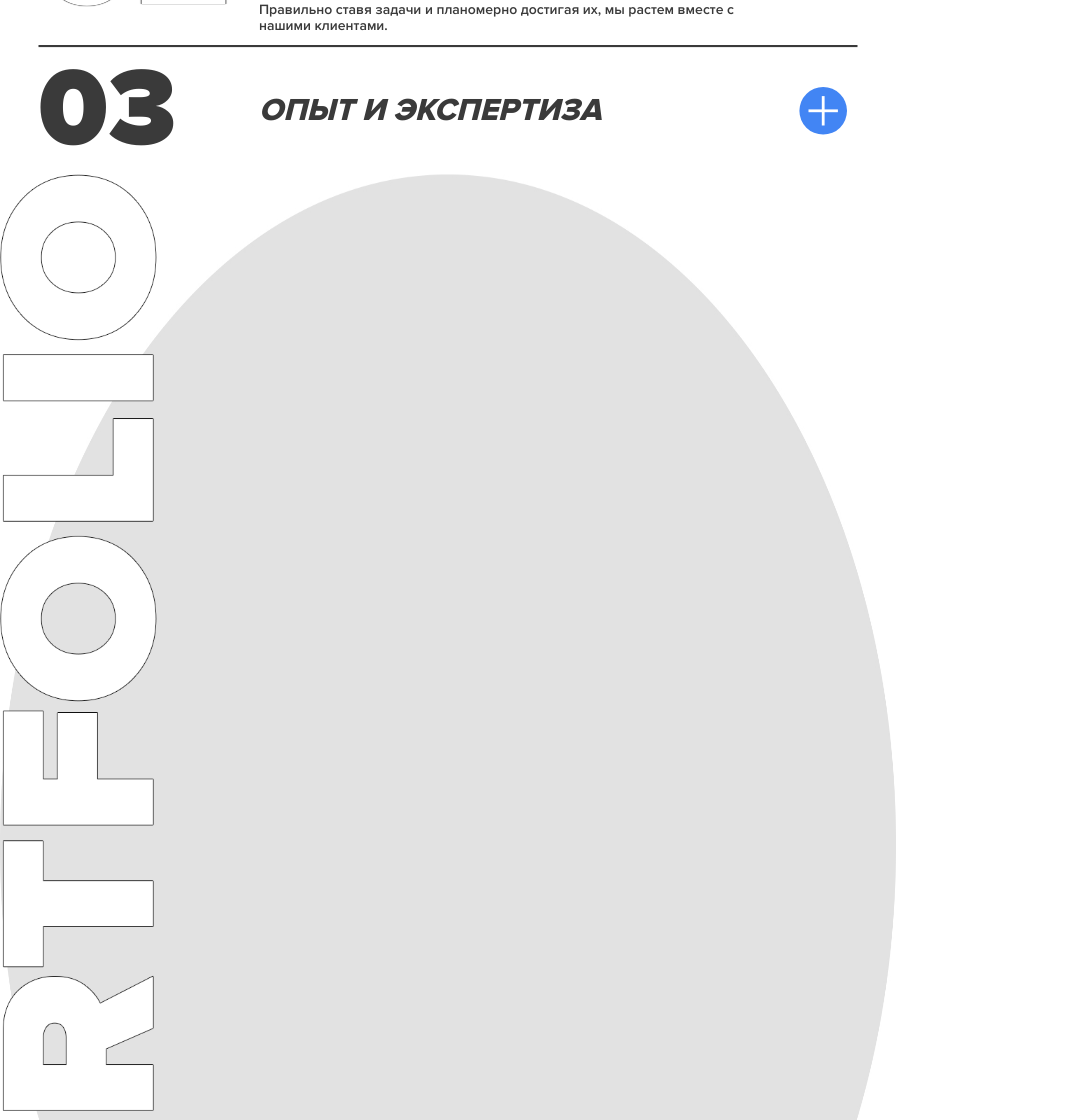
Repository: fanbear/Mnews
Page: index.html
The author's editor kept a copy of each file at every save. The page is drawn from the files as they stood at one save, then again after the next save.
The browser window is 1280 px wide. The page is 1525 px wide, so the pictures cover 1525 px, including what lies to the right of the window. The pictures show the part of the page from y = 3886 to 5486 px (the page is 6051 px tall before and 5930 px after), at 70% of full size.
Some web libraries are served in a nearby version.

Above is the page before, as saved 2022-07-27 16:58:24.

After the next save:
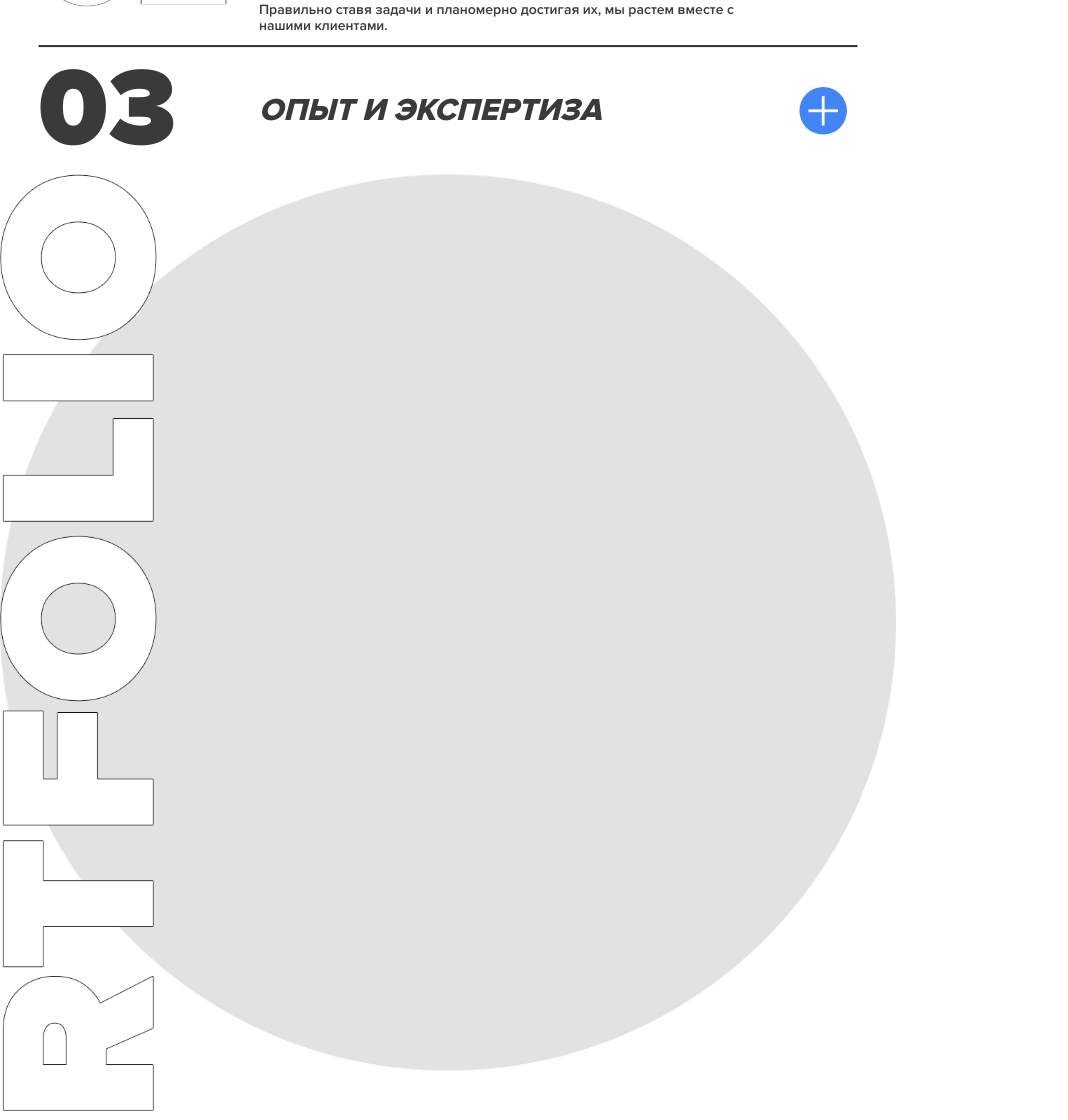
Saved 18 s later.
--- a/css/main.css
+++ b/css/main.css
@@ -333,8 +333,8 @@
 }
 
 .portfolio-elips img {
-    width: 1916px;
-    height: 1916px;
+    width: 100%;
+    height: 100%;
 }
 
 .portfolio-text {
